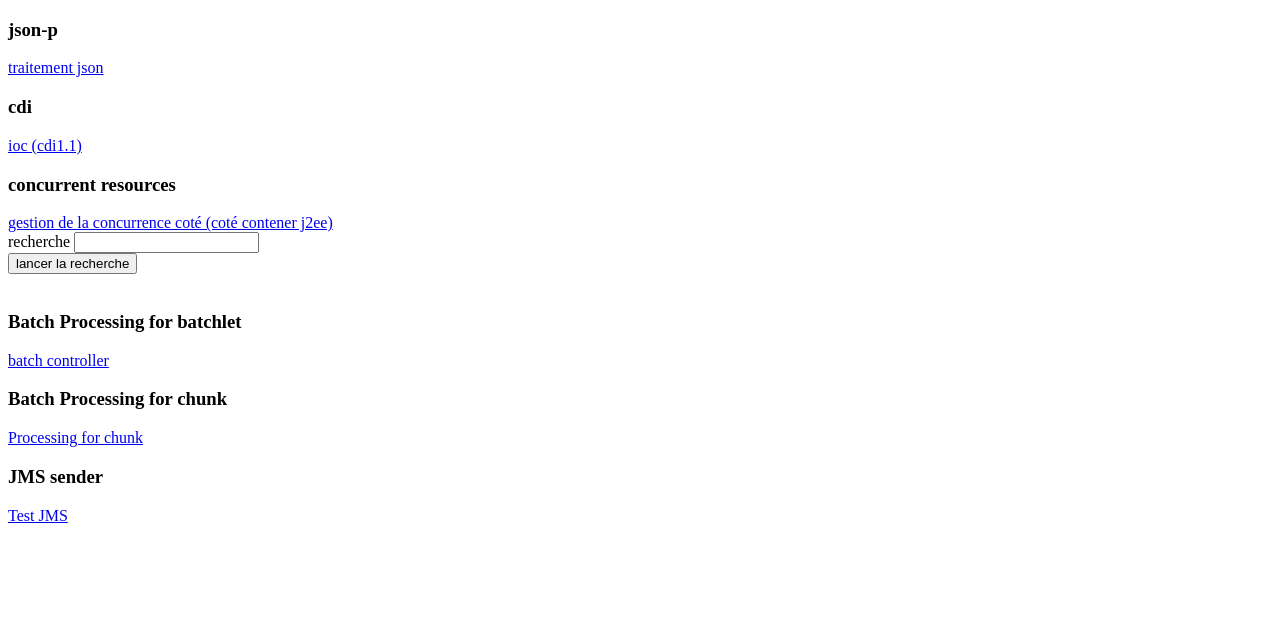
Repository: antoinebody/formationJee7
Page: http://localhost/ProjJEE7/
The author's editor kept a copy of each file at every save. The page is drawn from the files as they stood at one save, then again after the next save.
The browser window is 1280 px wide. The pictures show the whole page.
The page is served by Tomcat 9. Nobody is signed in. The application's start-up code is not run. Other server files are loaded and not shown.

Above is the page before, as saved 2015-11-27 09:49:26.

### ProjJEE7/WebContent/index.jsp
<?xml version="1.0" encoding="utf-8" ?>
<%@ page language="java" contentType="text/html; charset=UTF-8"
    pageEncoding="UTF-8"%>
<!doctype html>
<html lang="fr">
<head>
<meta charset="utf-8">
<title>projet jee7</title>
</head>
<body>
	<h3>json-p</h3>
	<a title="json-p" href="JSONController?calltype=1">traitement json</a>
	<br/>

	<h3>cdi</h3>
	<a title="json-p" href="CDIControler">ioc (cdi1.1)</a>
	<br/>
	<h3>concurrent resources</h3>
	<a title="concurrent resource" href="SearchConcurrentController">gestion de la concurrence coté (coté contener j2ee)</a>
	<br/>
	<form method="post" action="SearchConcurrentController">
		<label for="search">recherche </label>
		<input type="text" name="searchfield" id="search" />
		<br />
		<input type="submit" value="lancer la recherche"/>
	</form>
	<br />
	<h3>Batch Processing for batchlet</h3>
	<a title="batchProcessing" href="BatchController">batch controller</a>
	<br/>

	<h3>Batch Processing for chunk</h3>
	<a title="batchProcessing" href="BatchController2">Processing for chunk</a>
	<br/>

	<h3>JMS sender</h3>
	<a title="batchProcessing" href="JMSController">Test JMS</a>


</body>
</html>

After the next save:
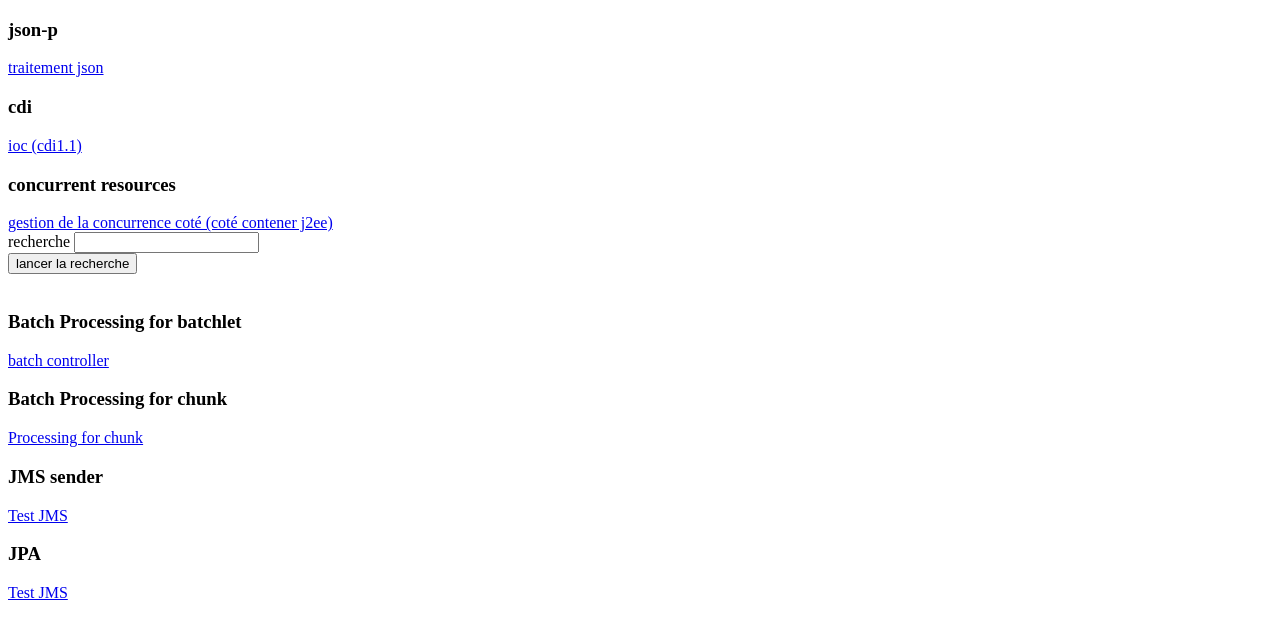
Saved 6 min 47 s later.
--- a/ProjJEE7/WebContent/index.jsp
+++ b/ProjJEE7/WebContent/index.jsp
@@ -35,6 +35,10 @@
 
 	<h3>JMS sender</h3>
 	<a title="batchProcessing" href="JMSController">Test JMS</a>
+	<br/>
+
+	<h3>JPA </h3>
+	<a title="batchProcessing" href="JMSController">Test JMS</a>
 
 
 </body>
